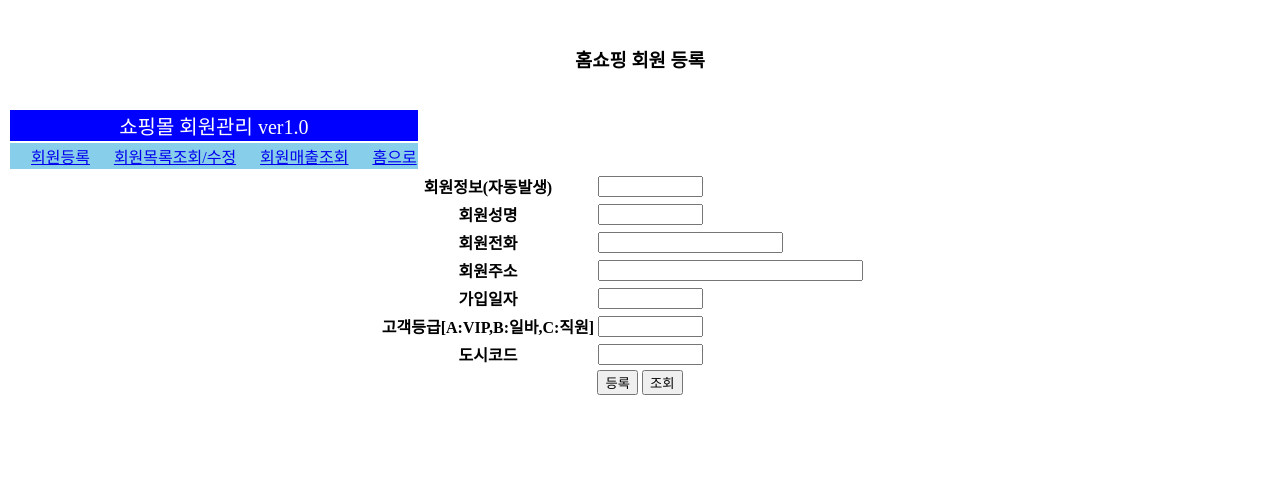
Repository: choigobin/Programming
Page: http://localhost/HRD_1119/insert.jsp
The author's editor kept a copy of each file at every save. The page is drawn from the files as they stood at one save, then again after the next save.
The browser window is 1280 px wide. The pictures show the whole page.
The page is served by Tomcat 9.

Above is the page before, as saved 2019-11-19 07:33:11.

### YangJung/workspace/HRD_1119/WebContent/insert.jsp
<%@ page language="java" contentType="text/html; charset=UTF-8"
    pageEncoding="UTF-8"%>
<%@include file="header.jsp" %>
	<br />
	<h3 align="center">홈쇼핑 회원 등록</h3>
	<br />
	<form action="" name="insert">
	<table align="center">
		<tr>
			<th>회원정보(자동발생)</th>
			<td width="300">
				<input type="text" size=10; name="custno">
			</td>
		</tr>
		<tr>
			<th>회원성명</th>
			<td>
				<input type="text" size=10; name="custname">
			</td>
		</tr>
		<tr>
			<th>회원전화</th>
			<td>
				<input type="text" size=20; name="">
			</td>
		</tr>
		<tr>
			<th>회원주소</th>
			<td>
				<input type="text" size=30; name="">
			</td>
		</tr>
		<tr>
			<th>가입일자</th>
			<td>
				<input type="text" size=10; name="">
			</td>
		</tr>
		<tr>
			<th>고객등급[A:VIP,B:일바,C:직원]</th>
			<td>
				<input type="text" size=10; name="">
			</td>
		</tr>
		<tr>
			<th>도시코드</th>
			<td>
				<input type="text" size=10; name="">
			</td>
		</tr>
		<tr>
			<td colspan="2" align="center">
				<input type="button" value="등록" onclick="javascript:insert()">
				<input type="button" value="조회" onclick="location.href='select.jsp'">
			</td>
		</tr>
	</table>
	</form>
<%@include file="footer.jsp" %>

<script>
function insert(){
	if(document.insert.custname.value==""){
		alert("회원성명이 입력되지 않았습니다.")
		document.insert.custno.focus();
	}else{
		document.insert.submit;
	}
}
</script>

### YangJung/workspace/HRD_1119/WebContent/header.jsp
<%@ page language="java" contentType="text/html; charset=UTF-8"
    pageEncoding="UTF-8"%>
</head>
<body>
<table id="tb1">
<tr id="t1" height="10%"><%-- header --%>
	<td id="t1" bgcolor="blue" align="center">
		<span style="font-size:20px; color:white;">쇼핑몰 회원관리 ver1.0</span>
	</td>
</tr>
<tr id="t1" height="5%"><%-- nav --%>
	<td id="t1" bgcolor="skyblue" align="left">
		<span style="color:white;">
			&nbsp&nbsp&nbsp&nbsp
			<a href="insert.jsp">회원등록</a>
			&nbsp&nbsp&nbsp&nbsp
			<a href="select.jsp">회원목록조회/수정</a>
			&nbsp&nbsp&nbsp&nbsp
			<a href="#">회원매출조회</a>
			&nbsp&nbsp&nbsp&nbsp
			<a href="index.jsp">홈으로</a>
		</span>
	</td>
</tr>

### YangJung/workspace/HRD_1119/WebContent/footer.jsp
	</td>
</tr>
<tr id="t1" height="5%"><%-- footer --%>
	<td id="t1" bgcolor="blue" align="center">
		<span style="color:white;">HRDKOREA 한국</span>
	</td>
</tr>
</table>
</body>
</html>
<%@ page language="java" contentType="text/html; charset=UTF-8"
    pageEncoding="UTF-8"%>

After the next save:
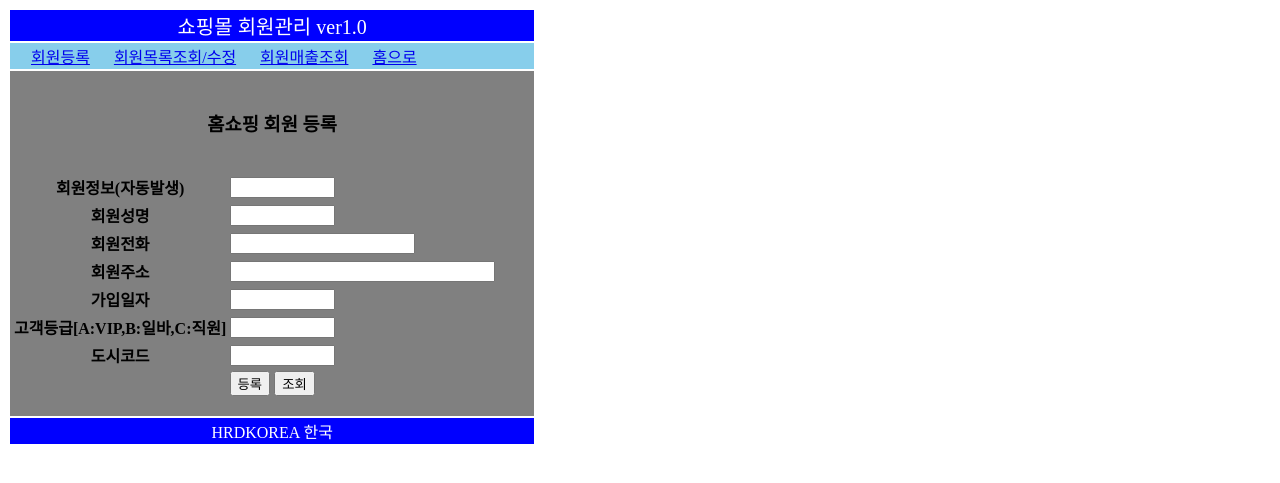
Saved 23 s later.
--- a/YangJung/workspace/HRD_1119/WebContent/header.jsp
+++ b/YangJung/workspace/HRD_1119/WebContent/header.jsp
@@ -22,3 +22,5 @@
 		</span>
 	</td>
 </tr>
+<tr id="t1">
+	<td id="t1" bgcolor="gray" valign="top">
